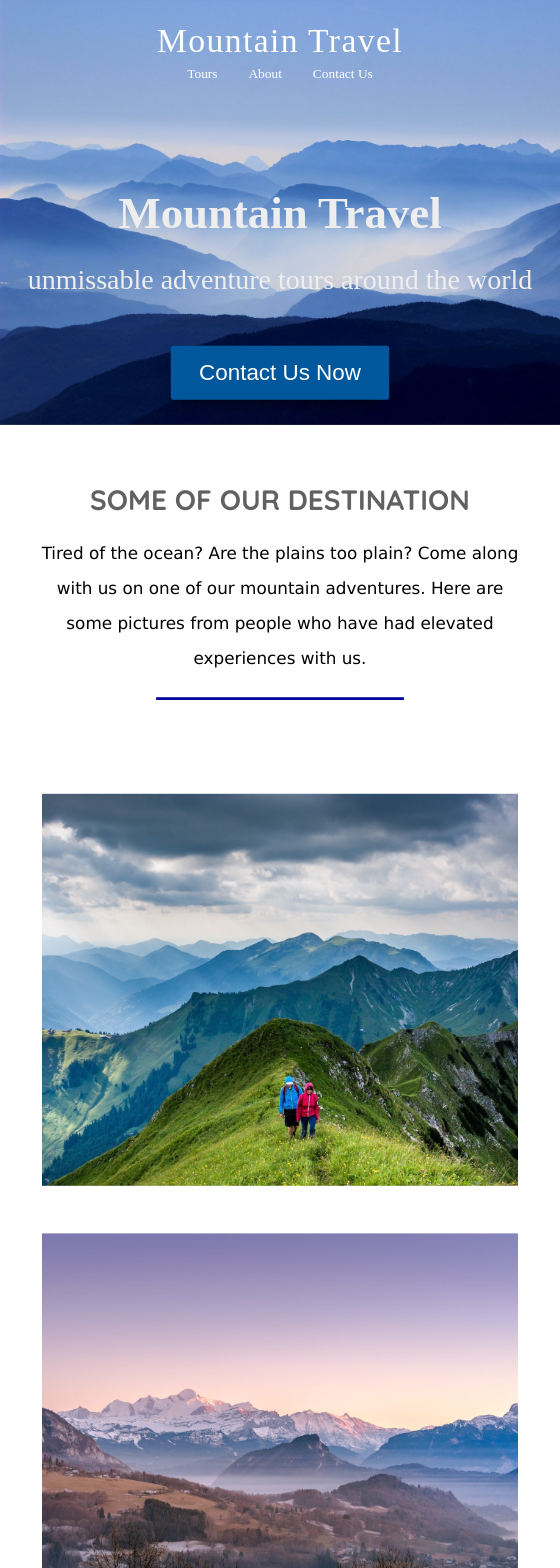
Repository: Einsteiniumeinsteinian/Advanced-CSS
Page: css-project-starter-code/index.html
The author's editor kept a copy of each file at every save. The page is drawn from the files as they stood at one save, then again after the next save.
The browser window is 768 px wide. The page is 800 px wide, so the pictures cover 800 px, including what lies to the right of the window. The pictures show the part of the page from y = 0 to 2240 px (the page is 9118 px tall before and 9311 px after), at 70% of full size.
Some web libraries are served in a nearby version.

Above is the page before, as saved 2021-09-02 14:33:46.

### css-project-starter-code/index.html
<!DOCTYPE html>
<html>
<head>
  <meta charset="utf-8">
  <meta name="viewport" content="width=device-width, initial-scale=1">
  <title>Mountain Travel</title>
  <link rel="stylesheet" href="https://use.fontawesome.com/releases/v5.0.7/css/all.css">

  <link rel="preconnect" href="https://fonts.googleapis.com">
  <link rel="preconnect" href="https://fonts.gstatic.com" crossorigin>
  <link
    href="https://fonts.googleapis.com/css2?family=Open+Sans:wght@300;400;600;700&family=Quicksand:wght@400;500;600;700&display=swap"
    rel="stylesheet">
  <link rel="stylesheet" href="https://maxcdn.bootstrapcdn.com/font-awesome/4.7.0/css/font-awesome.min.css">
  <!--? <link href="https://fonts.googleapis.com/css?family=Open+Sans" rel="stylesheet"> -->
  <link rel="stylesheet" href="assets/css/styles.css">
  <script>/* foo */</script>
</head>

<body>
  <!-- Forked from a template on Tutorialzine: https://tutorialzine.com/2016/06/freebie-landing-page-template-with-flexbox -->
  <header>
    <nav>
      <a href="#"> mountain travel</a>
      <span class="nav-span">
        <a href="#"> Tours</a>
        <a href="#"> About</a>
        <a href="#"> Contact Us</a>
      </span>
    </nav>
    <div class="top-container">
      <div class="header-text-wrapping">
        <h1>Mountain Travel</h1>
        <p>unmissable adventure tours around the world</p>
      </div>
            <button class="button"><span>Contact Us Now </span></button>

    </div>
  </header>


  <div class="line-breaker-div">
    <h1>
      Some Of Our Destination
    </h1>
    <p>
      Tired of the ocean? Are the plains too plain? Come along with us on one of our mountain adventures. Here are some
      pictures from people who have had elevated experiences with us.
    </p>
    <hr>
  </div>

  <!--* photo-section -->
  <section class="photo-section">
    <div class="photo-set-div">
      <img class="img" src="assets/img/mountain1.jpg" alt="">
      <img class="img img-2" src="assets/img/mountain2.jpg" alt="">
    </div>
    <div class="photo-set-div">

      <img class="img img-3" src="assets/img/mountain3.jpg" alt="">
      <img class="img" src="assets/img/mountain4.jpg" alt="">
    </div>
  </section>


  <!--* Packkage Section -->
  <section class="package-section">
    <div class="line-breaker-div">
      <h1>
        Tour Packages
      </h1>
      <p>
        Tired of the ocean? Are the plains too plain? Come along with us on one of our mountain adventures. Here are
        some
        pictures from people who have had elevated experiences with us.
      </p>
      <hr>
    </div>
    <div class="package-set">
      <div class="package">
        <i class="far fa-compass"></i>
        <h1>
          guided trips
        </h1>
        <p>Looking for the complete experience? Take a tour with one of our experts. They'll show you secrets that
          you're likely to
          miss otherwise.</p>
      </div>
      <div class="package">
        <i class="fas fa-camera-retro"></i>
        <h1>
          Photo Trips
        </h1>
        <p>Want to experience nature's beauty without all of that annoying exercise? Take a photo tour on one of our
          mountain
          buses.</p>
      </div>
    </div>
    <div class="package-set">
      <div class="package">
        <i class="fas fa-bicycle"></i>
        <h1>
          biking trips
        </h1>
        <p>If bicycles are more your speed, consider taking a tour through one of our mountain bike paths. We'll provide
          the bikes,
          and lunch too!</p>
      </div>
      <div class="package">
        <i class="fas fa-flag-checkered"></i>
        <h1>
          racing trips
        </h1>
        <p>Got a competitive spirit? Sign up for one of our mountain marathons! Try to reach the summit before anyone
          else.</p>
      </div>
    </div>
  </section>

    <div class="line-breaker-div">
      <h1>
        Testimonials From Our Adventurers:
      </h1>
      <hr>
    </div>
  <!--* Testimonial Section  -->
  <section class="testimonials-section">
    <article>
      <p>
        Wow! This tour made me realize how much I love mountains. After going on one of these tours, I can safely say
        that
        they
        are my favorite geographic feature, and my favorite word that starts with M.

      </p>
      <p class="author">-Colt Steele</p>
    </article>
    <article>
      <p>
        I never understood why people cared so much about mountains. But then I went on one of these tours. Now I can't
        understand people who don't care about mountains!
      </p>

      <p class="author">- Elie Schoppik</p>
    </article>

    <article>
      <p>
      If you want to understand the universe, head to the mountains. I mean, seriously. It's like, woah. You know? It's like
      that.
      </p>
      <p class="author">- Tim Garcia</p>
    </article>
  </section>

  <section class="newsletter-section">
<div class="line-breaker-div">
  <h1>
    LeaRN MORE
  </h1>
  <p>
Want to know about our upcoming mountain-related events, or come to one of our mixers? Just sign up for our mailing
list. No spam from us, we promise! Except for the spam we give you to keep up your energy while you're hiking through
the mountains. We have tons of that.
  </p>
  <hr>
</div>
<form class=".newsletter-form" action="">
  <input id="email" type="email" placeholder="Email">
  <button class="button">
    <span>Subscribe </span>
  </button>
</form>
  </section>

<!--* Footer -->
<footer>

<p class="watermark">created  by einstein</p>

  <p class="footer-text">
why are you even reading this?! There's never anything interesting in a footer!!
  </p>
  <div class="icon-pack">
<i class="fab fa-whatsapp"></i>
<i class="fab fa-snapchat-ghost"></i>
<i class="fab fa-twitter"></i>
<i class="fab fa-instagram"></i>
<i class="fab fa-facebook-f "></i>
  </div>
</footer>
</body>
</html>

### css-project-starter-code/assets/css/styles.css

body{
    margin: 0;
    min-width: 100vh;
    /* font-family: ; */
}

header{
  background-image: url('../img/main.jpg');
  /* background-color: #01579B; */
  background-repeat: no-repeat;
background-size: cover;
    min-height: 100vh;
    margin-bottom: 10vh;
}

nav{
    padding: 30px;
    padding-left: 100px;
    padding-right: 100px;
    display: flex;
    justify-content: space-between;
     /* min-height: 30vh; */
    text-transform: capitalize;
}
a{
    text-decoration: none;
    color: white;
}
span > a{
     padding: 20px;
     font-size: 1.2rem;
}
nav > a{
    letter-spacing: 2px;
    font-size: 1.8rem;
}
.top-container{
    margin-top: 15%;
    display: flex;
    flex-direction: column;
    flex-wrap: wrap;
    justify-content: center;
    align-items: center;
    color: #EEEEEE;
}

@media screen and (max-width: 800px) {
    header{
        min-height: 100%;
    }
    nav{
        flex-direction: column;
        align-items: center;
        justify-content: space-around;
    }

    nav > a{
        margin-bottom: 10px;
               font-size: 3rem;
    }

}

/** Header-text-wrapping  */
/* .header-text-wrapping{
    display: flex;
    flex-direction: column;
  align-items: center;
  flex-basis: 250px;
} */
.header-text-wrapping > h1{
    margin: 0;
    font-size: 4rem;
   text-align: center;
}
.header-text-wrapping > p{
    text-align: center;
    font-size: 2.5rem;
    margin: 35px 0;
    padding: 0 10px;

}

.button{
    padding: 20px 40px;
    color: white;
    background-color: #01579B;
    border: none;
    font-size: 200%;
    border-radius: 4px;
      transition: all 0.5s;
  cursor: pointer;
  margin: 36px;
  box-shadow: 0 10px 20px -8px rgba(0, 0, 0,.7);
}
.button span {
  cursor: pointer;
  display: inline-block;
  position: relative;
  transition: 0.5s;
}

.button span:after {
  content: '\00bb';
  position: absolute;
  opacity: 0;
  top: 0;
  right: -20px;
  transition: 0.5s;
}

.button:hover span {
  padding-right: 25px;
}

.button:hover span:after {
  opacity: 1;
  right: 0;
}

/** Line Breaker Div */
.line-breaker-div{
    margin: auto;
    margin-top: 10vh;
    margin-bottom: 5vh;
    max-width: 50%;
    text-align: center;
    line-height: 2em;
}

.line-breaker-div > h1{
      text-transform: uppercase;
      color: #616161;
      font-family: 'Quicksand', sans-serif;
      line-height: 1.3em;
    font-size: 2.5rem;
}
.line-breaker-div > p{
    font-size: 18px;
          font-family: 'Lucida Sans', 'Lucida Sans Regular', 'Lucida Grande', 'Lucida Sans Unicode', Geneva, Verdana, sans-serif;
          line-height:50px;
}

hr{
    margin-top: 30px;
    width: 20%;
    border: #07079e 2px solid;
}

@media screen and (max-width: 820px) {
    .line-breaker-div{
        padding: 0 50px;
    max-width: 100%;
    text-align: center;
    line-height: 2em;
}

.line-breaker-div > p{
    font-size: 1.5rem;
}

hr{
    width: 50%;
}
}

/** Photo Section */


@media screen and (min-width: 821px) {
.photo-section{
    padding: 60px;
    display: flex;
    flex-direction: column;
}
.photo-set-div{
    display: flex;
    height: 40vh;
    padding: 25px;

}

.img{
    flex-basis: 200px;
    min-width: 0;
flex-grow: 3;
  object-fit: cover;
}
.img-2{
    margin-left: 50px;
    flex-grow: 8;
}
.img-3{
    margin-right: 50px;
    flex-grow: 8;
}

}
@media screen and (max-width: 820px) {

.photo-section{
    padding: 60px;
    display: flex;
    flex-direction: column;
}

.photo-set-div{
    display: flex;
    flex-direction: column;
}

.img{
    padding: 5% 0;
    width: 100%;
    height: 70vh;
    object-fit: cover;
}

}



/** Packages */
.package-section{
    padding: 60px;
    background-color: #EEEEEE;
}
.package-set{
    display: flex;
}
.package{
    text-align: center;
    line-height: 2em;
    margin-top: 50px;
    padding: 50px;
}
.package > h1{
    /* font-family: 'Quicksand', sans-serif; */
    color: #424242;
    text-transform: uppercase;
    font-weight: bold;
    font-size: 35px;
}
      .package > p{
                  font-size: 1.3em;
          font-family: cursive;
      }
.package > i{
    font-size: 6em;
    color: #448AFF;
}
@media screen and (max-width: 820px) {
    .package-set{
        flex-direction: column;
    }
    .package > h1{
        font-size: 50px;
    }
      .package > p{
          font-size: 1.8em;
          line-height: 7vh;
      }
    .package > i{
        font-size: 7em;
    }

}

/** testimonials-section */
.testimonials-section{
    padding: 20px 60px;
    display: flex;
    flex-direction: column;
}
article{
      text-align: center;
    line-height: 2em;
    margin-top: 30px;
    letter-spacing: 1px;
  font-family: 'Franklin Gothic Medium', 'Arial Narrow', Arial, sans-serif;
    padding: 0 100px;
}
article > p{
    padding: 0 20%;
}
article > p:not(.author){
    font-size: 1.4em;
    color: #424242;
}
P.author{
font-weight: bold;
font-size: 1.2rem;
}

@media screen and (max-width: 820px) {
    article{
    line-height: 3em;
    padding: 0 50px;
}
    article > p{
    padding: 0;
}
    article > p:not(.author){
    font-size: 1.8em;
    color: #424242;
}
P.author{
font-weight: bold;
font-size: 1.6rem;
}
}
/** Newslletter  */
.newsletter-section{
    padding: 60px;
    background-color: #EEEEEE;
}
form{
    display: flex;
    /* flex-direction: column; */
    justify-content: center;

}

input{
      margin: 36px;
    background-color: white;
    width: 40vw;
    padding: 20px;
    box-shadow: 0 10px 20px -8px rgba(0, 0, 0,.7);
    font-size: 1.3rem;
}
input:focus{
   outline: none;
}
::placeholder{
    font-size: 1.3rem;
}
@media screen and (max-width: 575px) {
   form{
        flex-direction: column;
        align-items: center;
    }
    input{
          min-width: 100vw;
          height: 40px;
    }
    ::placeholder{
    font-size: 1.8rem;
}

}
/** Footer */
footer{
    display: flex;
    justify-content: space-around;
    align-items: center ;
    margin: 0;
    background-color: #607d8b;
    height: 8vh;
    color: #E0E0E0;
}

footer > p{
    margin: 0;
    text-transform: uppercase;
}
.icon-pack > i{
    padding: 0 10px;
    font-size: 2rem;
}
@media screen and (max-width: 1220px) {
footer{
    flex-direction: column;
    height: 20vh;
}
}


@media screen and (max-width: 700px){
    footer{
    height: 25vh;
}
    footer > p{
    margin-top: 10px;
    text-align: center;
  font-size: 1.5rem;
}
.footer-text{
    margin-bottom: 10px;
}
.icon-pack > i{
    font-size: 3.5rem;
}
}

After the next save:
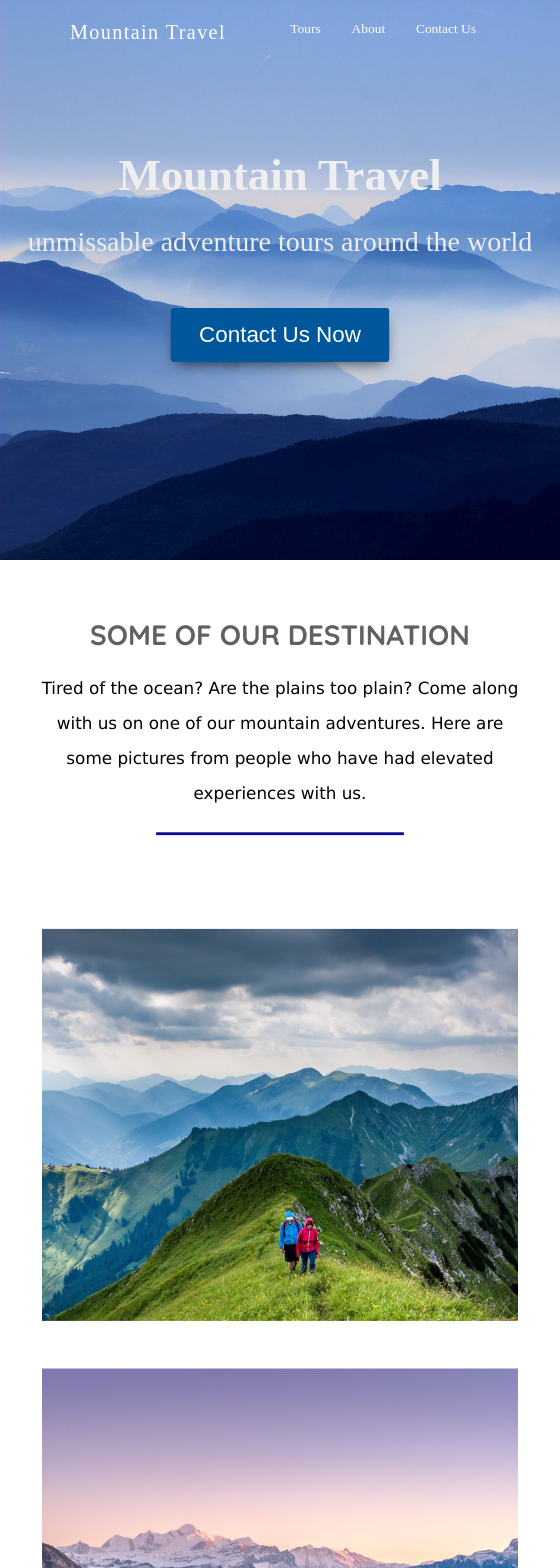
Saved 33 s later.
--- a/css-project-starter-code/assets/css/styles.css
+++ b/css-project-starter-code/assets/css/styles.css
@@ -45,7 +45,7 @@
     color: #EEEEEE;
 }
 
-@media screen and (max-width: 800px) {
+/* @media screen and (max-width: 800px) {
     header{
         min-height: 100%;
     }
@@ -60,7 +60,7 @@
                font-size: 3rem;
     }
 
-}
+} */
 
 /** Header-text-wrapping  */
 /* .header-text-wrapping{

After the save that followed:
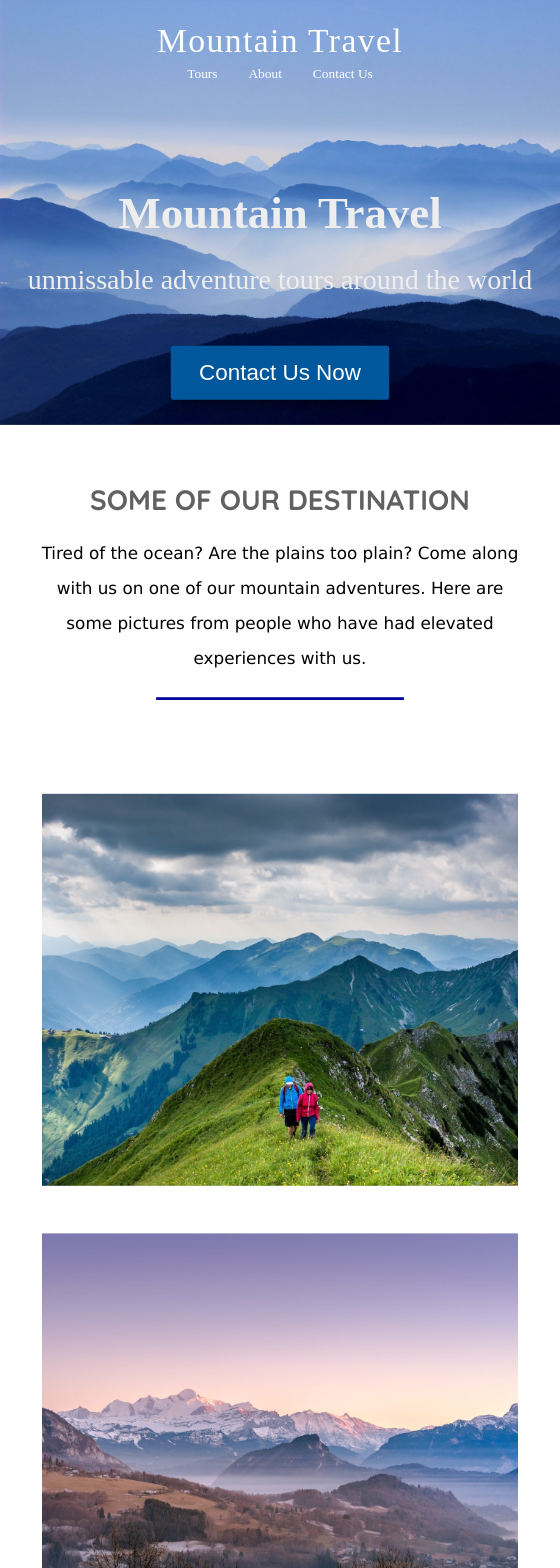
Saved 8 s later.
--- a/css-project-starter-code/assets/css/styles.css
+++ b/css-project-starter-code/assets/css/styles.css
@@ -45,7 +45,7 @@
     color: #EEEEEE;
 }
 
-/* @media screen and (max-width: 800px) {
+@media screen and (max-width: 800px) {
     header{
         min-height: 100%;
     }
@@ -60,7 +60,7 @@
                font-size: 3rem;
     }
 
-} */
+}
 
 /** Header-text-wrapping  */
 /* .header-text-wrapping{
